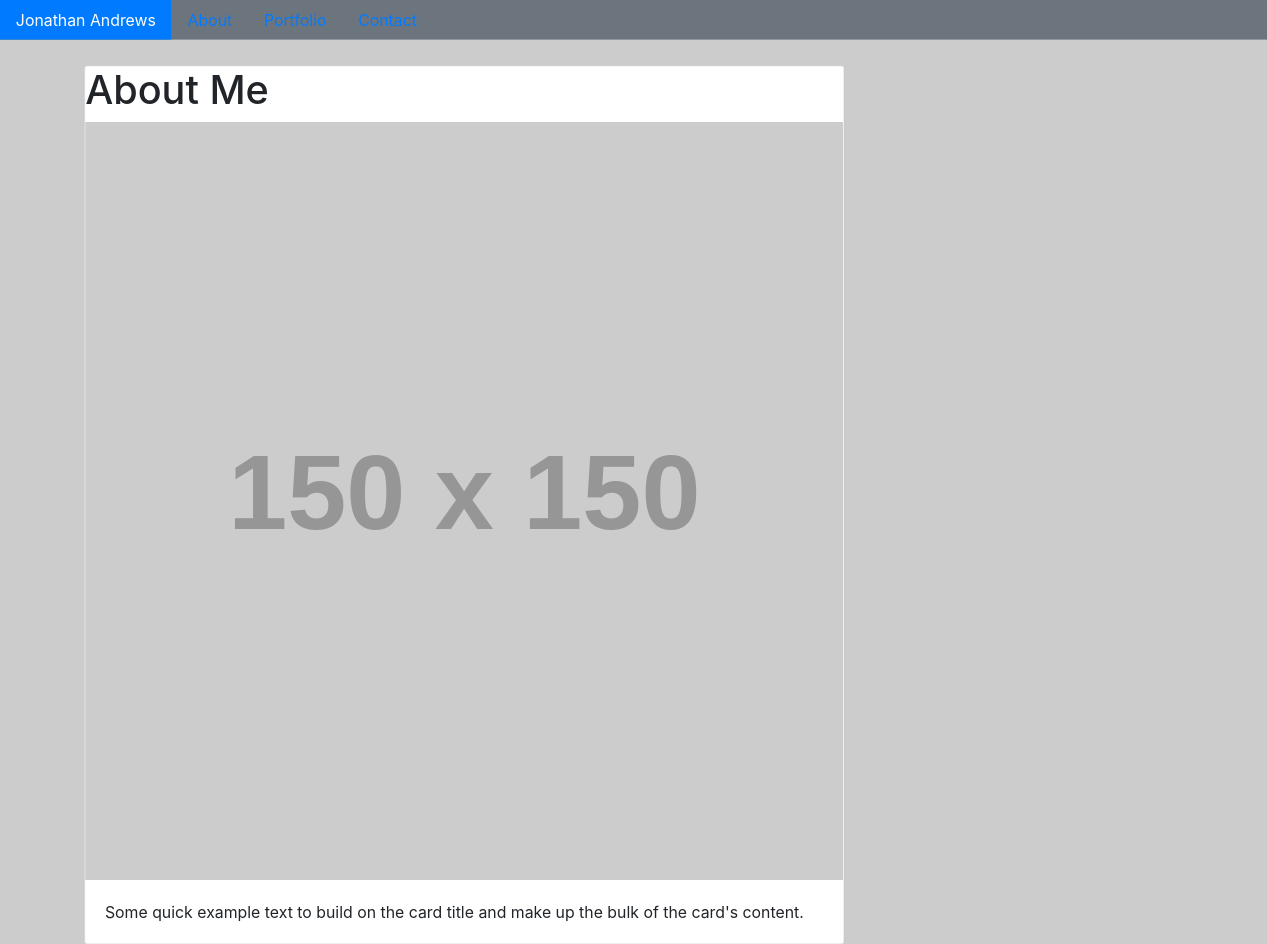
Repository: ionathas78/ionathas78.github.io
Page: index.html
These files come from the project's save history. The page is drawn as it stood at one moment and after the next save; the edit follows.
The browser window is 1280 px wide. The pictures show the whole page, at 99% of full size.

Above is the page before, as saved 2020-03-14 20:56:33.

After the next save:
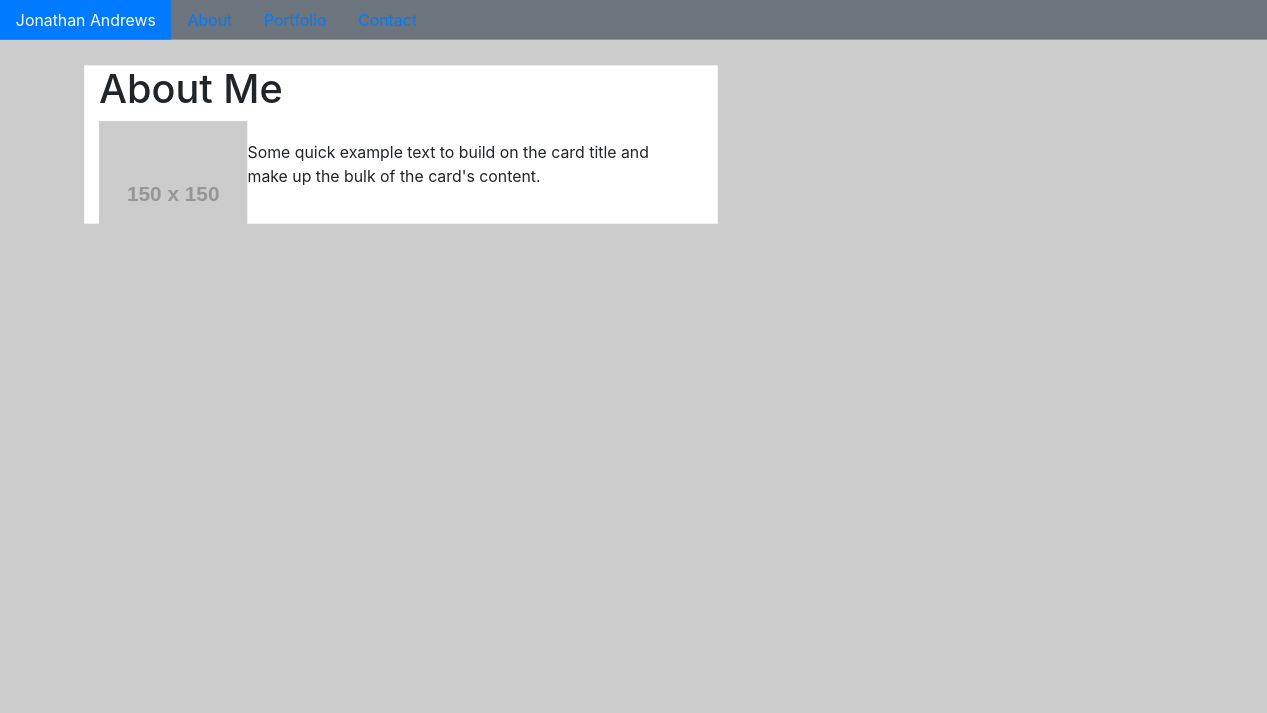
Saved 76 s later.
--- a/index.html
+++ b/index.html
@@ -28,11 +28,11 @@
     <div class="container">
         <div class="row">
             <div class="col-lg-4">
-                <div class="card" style="width: 60vw; max width: 900px; background-color: white; margin-top: 2vw;">
+                <div class="container" style="width: 50vw; max width: 900px; background-color: white; margin-top: 2vw;">
                     <h1>About Me</Menu></h1>
                     <img src="https://via.placeholder.com/150" class="float-left" alt="My Index Pic">
                         <div class="card-body">
-                      <p class="card-text">Some quick example text to build on the card title and make up the bulk of the card's content.</p>
+                      <p>Some quick example text to build on the card title and make up the bulk of the card's content.</p>
                     </div>
                   </div>
             </div>
